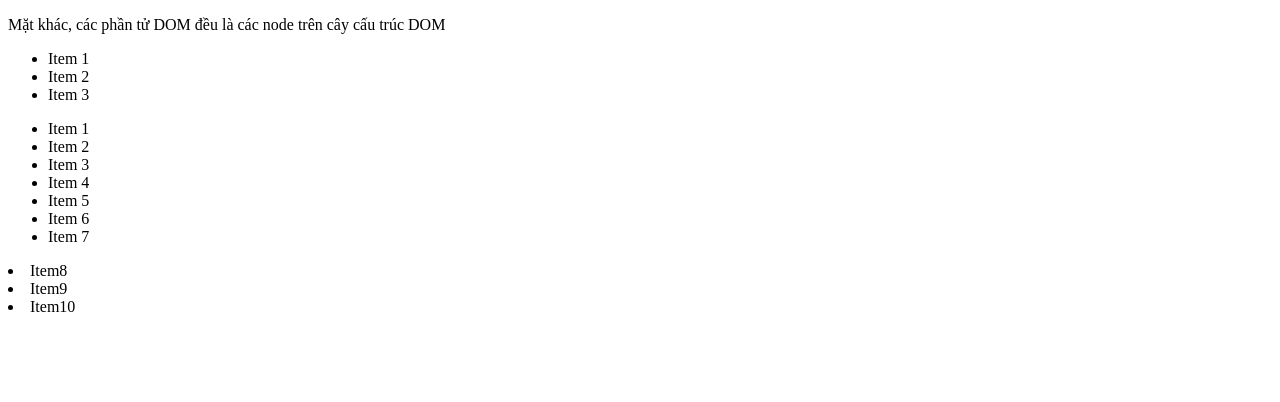
Repository: khanhnahk306/khanhnahk.github.io
Page: DOM/index.html
An editor plug-in stored every save of this project. The page is shown before and after the next save, followed by the edit.
The browser window is 1280 px wide. The pictures show the whole page.

Above is the page before, as saved 2022-06-03 13:59:40.
Console error: ReferenceError: getElementById is not defined

### DOM/index.html
<!DOCTYPE html>
<html lang="en">
  <head>
    <meta charset="UTF-8" />
    <meta http-equiv="X-UA-Compatible" content="IE=edge" />
    <meta name="viewport" content="width=device-width, initial-scale=1.0" />
    <title>DOM</title>
  </head>
  <body>
    <p id="text">
      Mặt khác, các phần tử DOM đều là các node trên cây cấu trúc DOM
    </p>

    <ul>
      <li>Item 1</li>
      <li>Item 2</li>
      <li>Item 3</li>
    </ul>

    <ul id="list">
      <li id="1">Item 1</li>
      <li>Item 2</li>
      <li id="3">Item 3</li>
      <li>Item 4</li>
      <li>Item 5</li>
      <li>Item 6</li>
      <li>Item 7</li>
    </ul>

    <script>
    //   let p = document.getElementById("text");
    //   p.style.color = "#777";
    //   p.style.fontSize = "2rem";
    //   p.innerHTML =
    //     "Tôi có thể làm <em> bất cứ điều gì </em> tôi muốn với JavaScript";

    //   const para = document.querySelectorAll("li");
    //   console.log(para);
    //   for (let i = 0; i < para.length; i++) {
    //     para[i].style.color = "blue";
    //   }

      const para1 = document.createElement("li");
      para1.innerText = "Item8";
      document.body.appendChild(para1);
      const para2 = document.createElement("li");
      para2.innerText = "Item9";
      document.body.appendChild(para2);
      const para3 = document.createElement("li");
      para3.innerText = "Item10";
      document.body.appendChild(para3);

      let li = document.f=getElementById("1");
      li.style.color = "red";
    </script>
  </body>
</html>

After the next save:
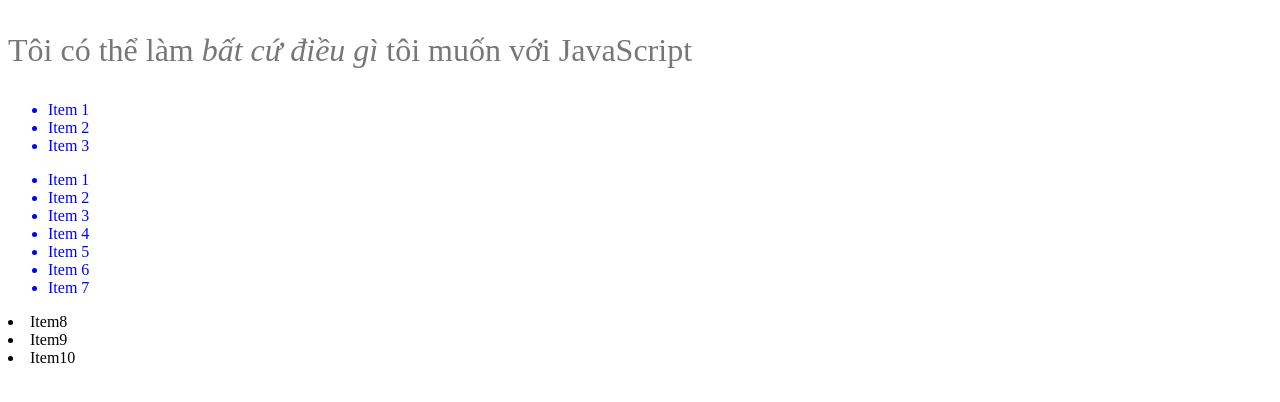
Saved 10 s later.
--- a/DOM/index.html
+++ b/DOM/index.html
@@ -28,17 +28,17 @@
     </ul>
 
     <script>
-    //   let p = document.getElementById("text");
-    //   p.style.color = "#777";
-    //   p.style.fontSize = "2rem";
-    //   p.innerHTML =
-    //     "Tôi có thể làm <em> bất cứ điều gì </em> tôi muốn với JavaScript";
+      let p = document.getElementById("text");
+      p.style.color = "#777";
+      p.style.fontSize = "2rem";
+      p.innerHTML =
+        "Tôi có thể làm <em> bất cứ điều gì </em> tôi muốn với JavaScript";
 
-    //   const para = document.querySelectorAll("li");
-    //   console.log(para);
-    //   for (let i = 0; i < para.length; i++) {
-    //     para[i].style.color = "blue";
-    //   }
+      const para = document.querySelectorAll("li");
+      console.log(para);
+      for (let i = 0; i < para.length; i++) {
+        para[i].style.color = "blue";
+      }
 
       const para1 = document.createElement("li");
       para1.innerText = "Item8";
